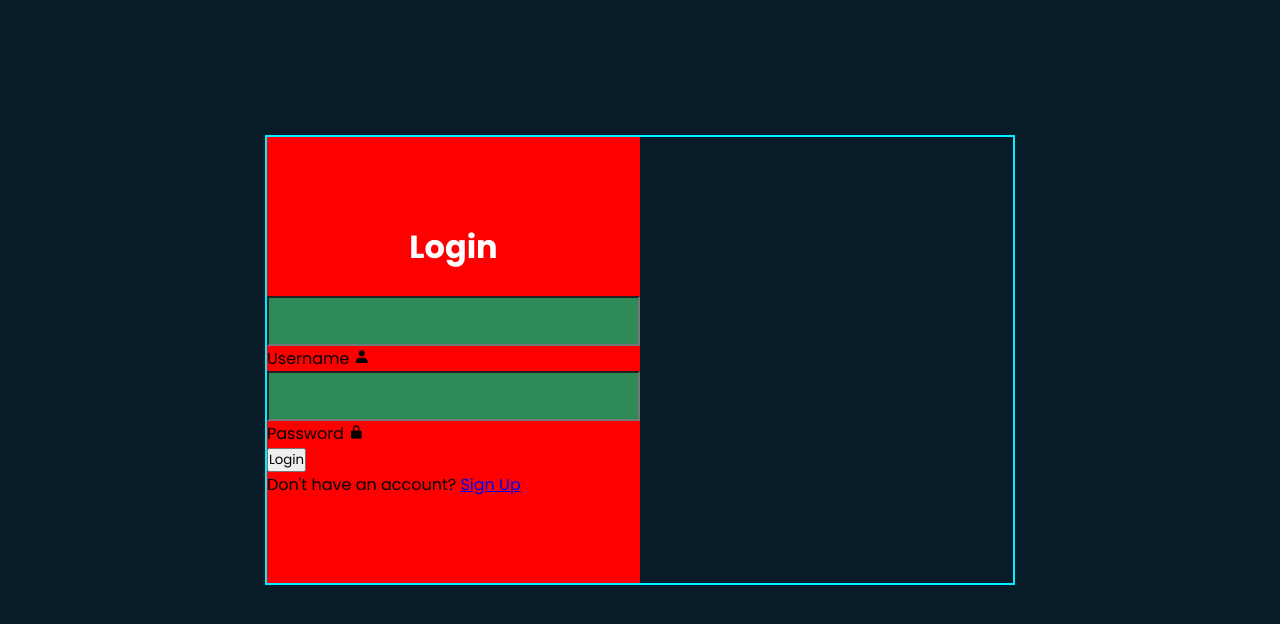
Repository: swastikjhacoder/Login-Registration-HTML
Page: index.html
These files come from the project's save history. The page is drawn as it stood at one moment and after the next save; the edit follows.
The browser window is 1280 px wide. The pictures show the whole page.

Above is the page before, as saved 2023-09-18 14:30:25.
Not found: js/toastify.js

After the next save:
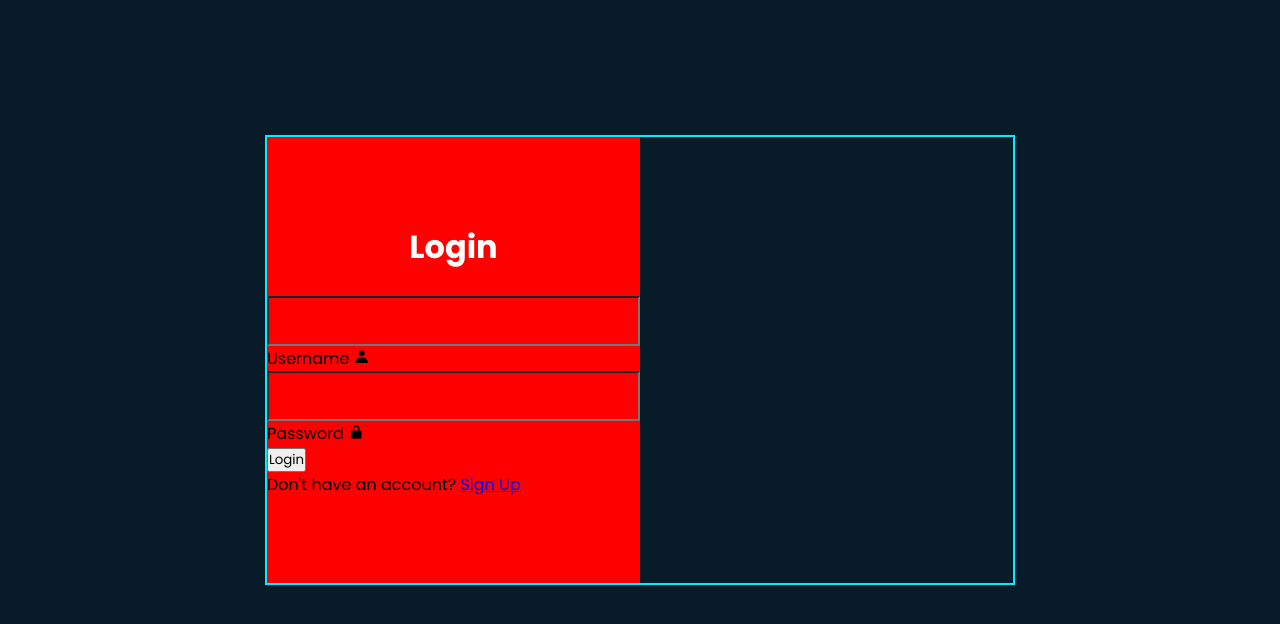
Saved 18 s later.
--- a/style.css
+++ b/style.css
@@ -44,7 +44,6 @@ body {
     position: relative;
     width: 100%;
     height: 50px;
-    background: seagreen;
     margin: 25px 0;
 }
 
